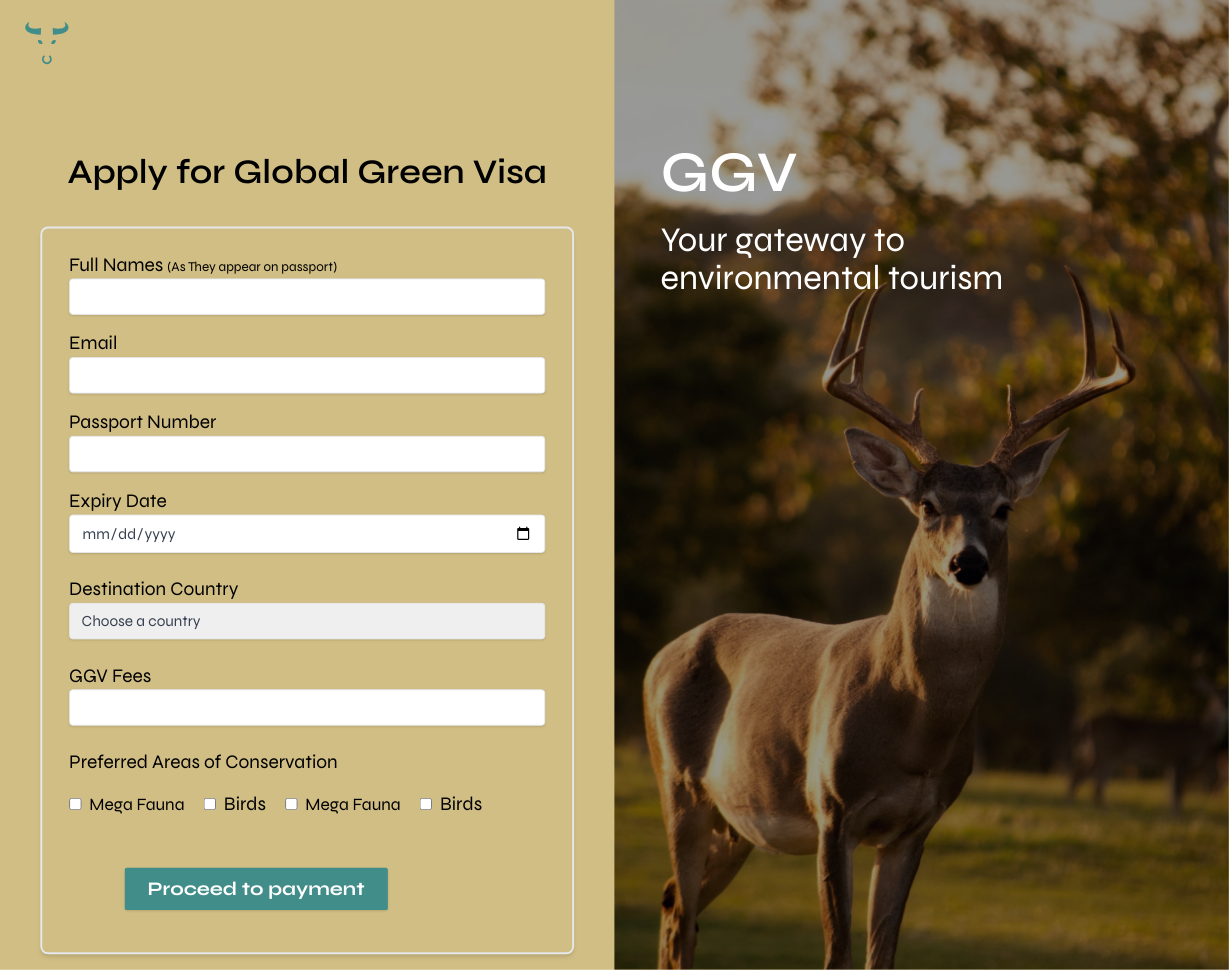
Repository: EngrAhmadUmar/landing-page
Page: /apply
The author's editor kept a copy of each file at every save. The page is drawn from the files as they stood at one save, then again after the next save.
The browser window is 1280 px wide. The pictures show the whole page, at 96% of full size.
The project was rebuilt for these pictures with package versions that can differ from the ones it lists, and the page was loaded fresh each time. The framework's server and built-in components were replaced by stand-ins that run in the browser. Also part of the build but not shown: next.config.js, styles/Home.module.css, src/Components/ApplyPageComponents/RegisterForm.jsx.

Above is the page before, as saved 2022-07-08 15:05:19.

After the next save:
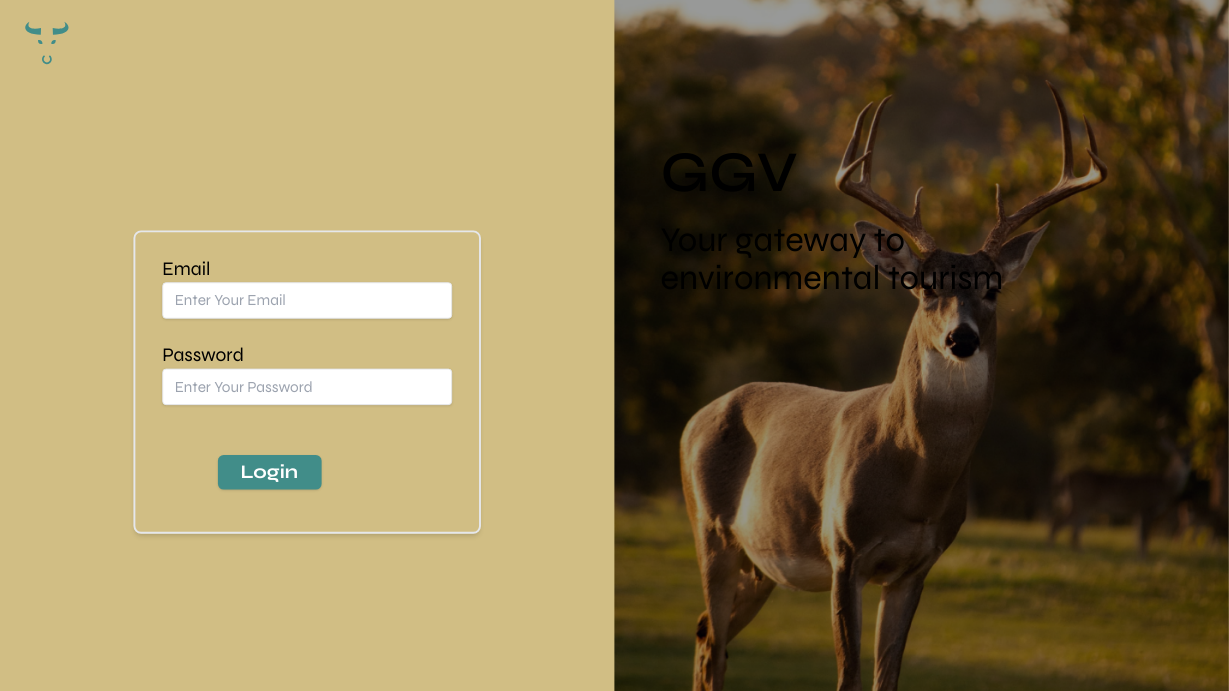
Saved 2 min 24 s later.
--- a/pages/apply.js
+++ b/pages/apply.js
@@ -1,10 +1,17 @@
 import React from "react";
-import { ApplyForm } from "../src/Components/ApplyPageComponents/Index";
+import {
+  ApplyForm,
+  LoginForm
+} from "../src/Components/ApplyPageComponents/Index";
+import { AUTH_TOKEN } from "../src/Components/constant";
 
 export default function Apply() {
-  return (
-    <React.Fragment>
-      <ApplyForm />
-    </React.Fragment>
-  );
+  const [token, setToken] = React.useState(null);
+  React.useEffect(() => {
+    const authToken = localStorage.getItem(AUTH_TOKEN);
+    setToken(authToken);
+  }, []);
+
+  if (!token) return <LoginForm />;
+  return <React.Fragment>{token && <ApplyForm />}</React.Fragment>;
 }
